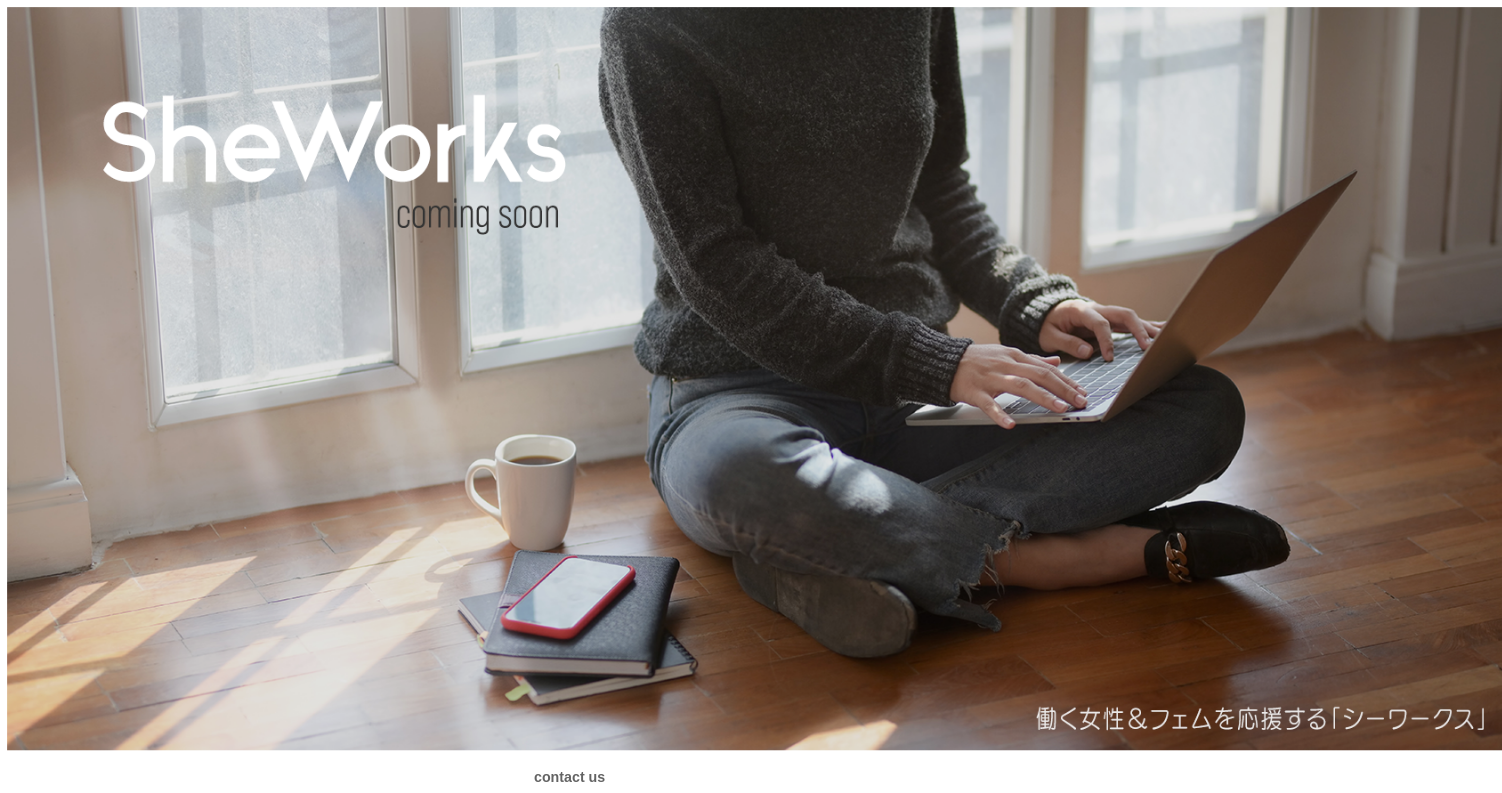
Repository: sheworks/sheworks.github.io
Page: index.html
The author's editor kept a record of every edit. The page is drawn from the files as they stood at one moment, then again after the next edit.
The browser window is 1280 px wide. The page is 1688 px wide, then 1280 px, so the pictures cover 1688 px, including what lies to the right of the window. The pictures show the whole page, at 89% of full size.

Above is the page before.

After the next edit:
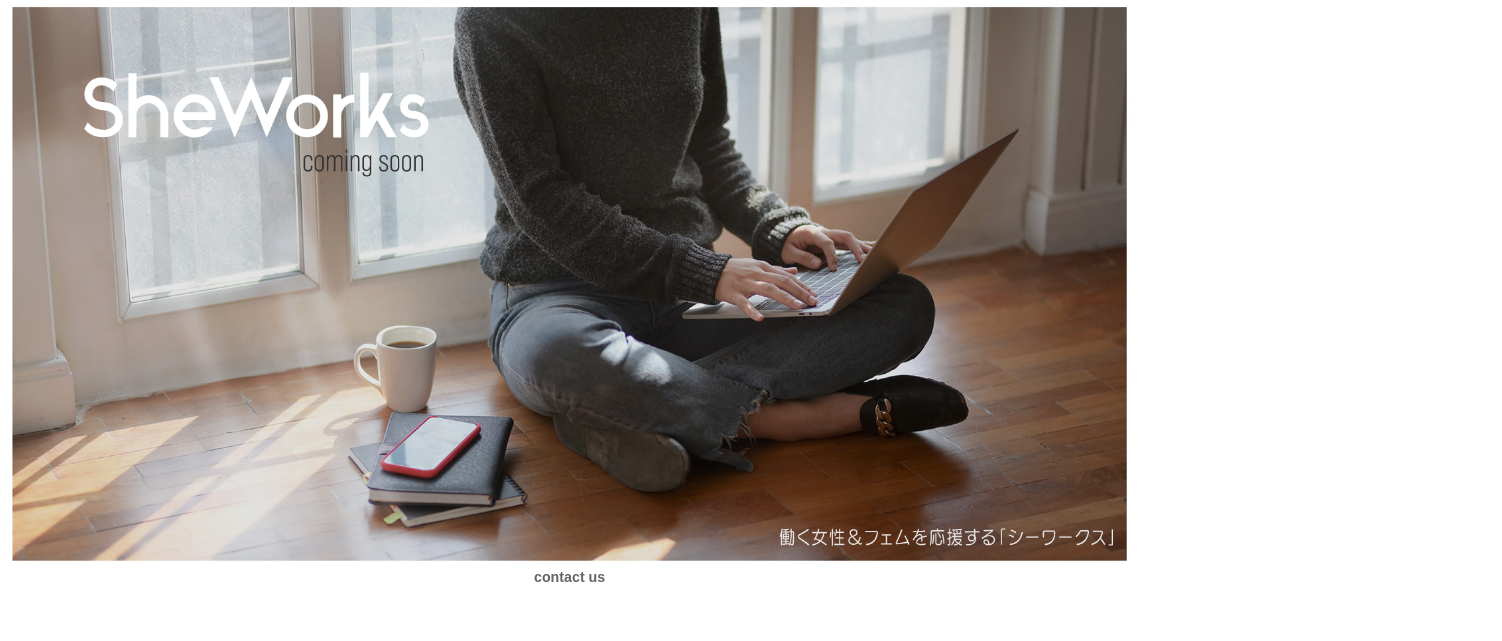
The edit:
--- a/index.html
+++ b/index.html
@@ -8,10 +8,8 @@
         <link rel="stylesheet" href="style.css" type="text/css" />
     </head>
     <body>
-        <div class="center">
-            <img src="placeholder.png" alt="SheWorks: coming soon">
-            <br>
-            <br>
+        <img src="placeholder.png" alt="SheWorks: coming soon"  class="splash">
+        <div>
             <a href="mailto:sheworksjp[@]gmail[.]com">contact us</a>
         </div>
     </body>
